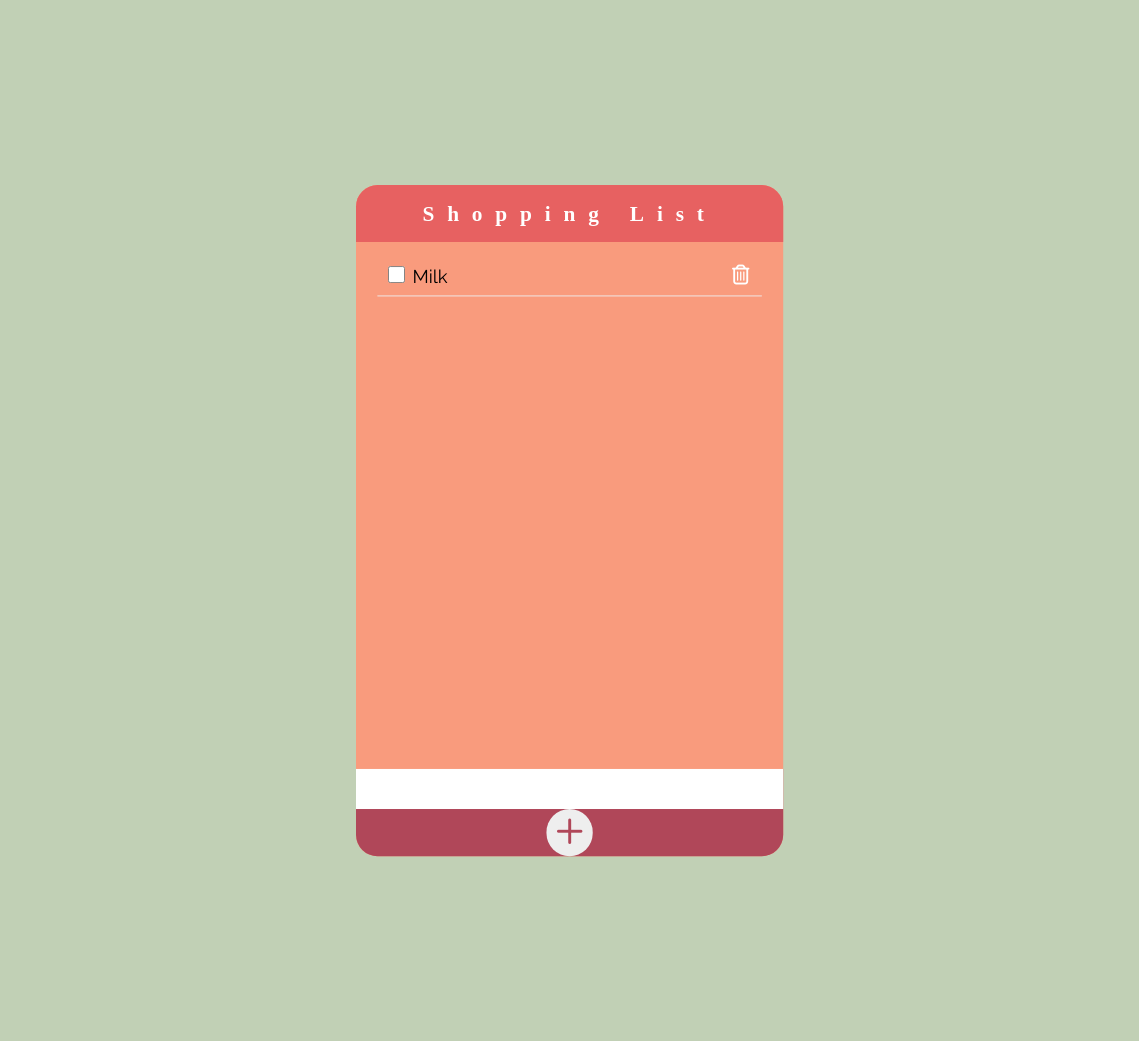
Repository: sephinejo/shopping-list-app
Page: index.html
The author's editor kept a copy of each file at every save. The page is drawn from the files as they stood at one save, then again after the next save.
The browser window is 1280 px wide. The pictures show the whole page, at 89% of full size.
Some web fonts or font styles are not loaded; a fallback is used. Some web libraries are served in a nearby version.

Above is the page before, as saved 2023-05-12 16:24:29.

After the next save:
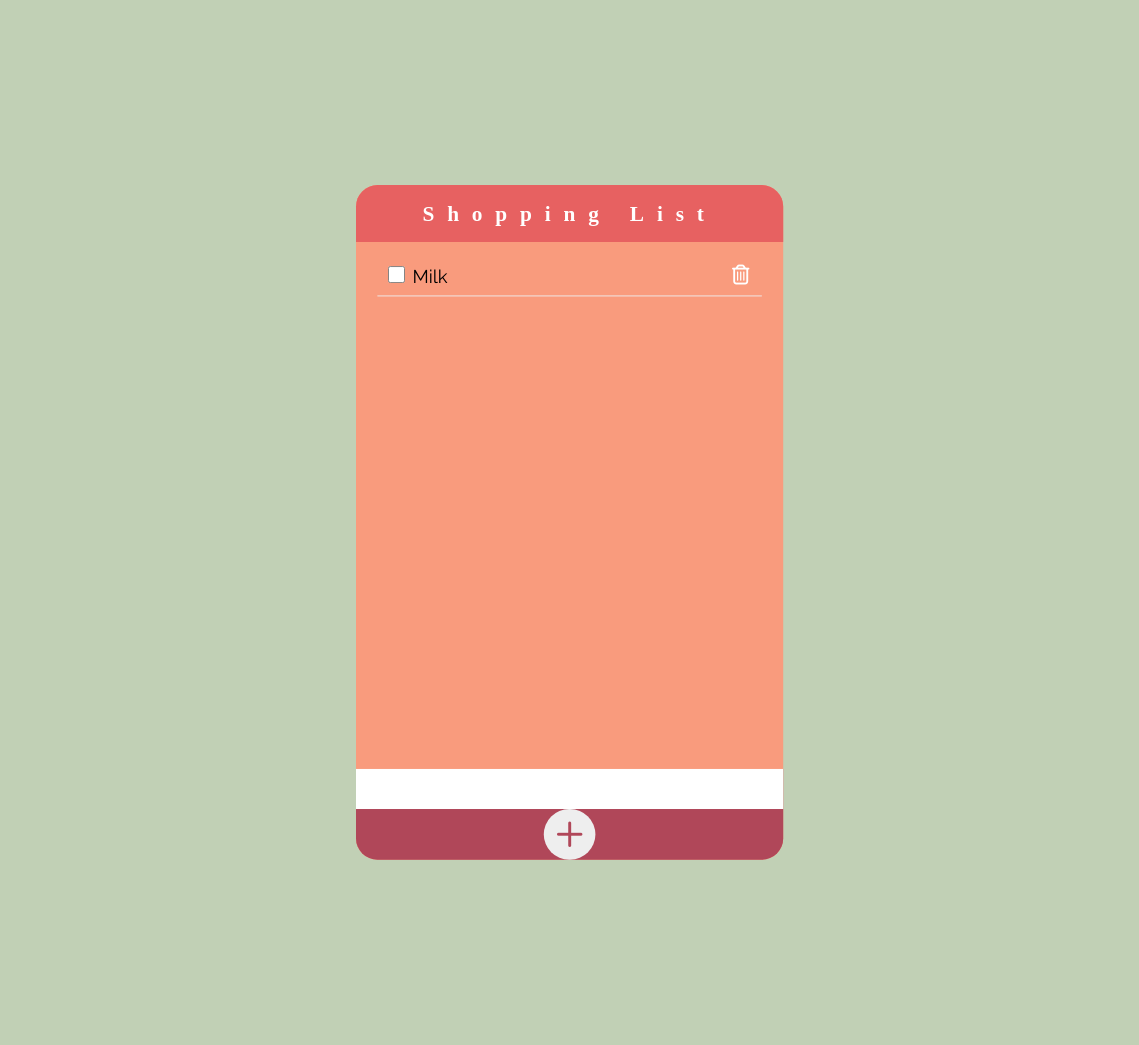
Saved 15 s later.
--- a/style.css
+++ b/style.css
@@ -91,8 +91,8 @@ footer {
 }
 
 .footer__add {
-  height: 3.3rem;
-  width: 3.3rem;
+  height: 3.6rem;
+  width: 3.6rem;
   background-color: #eee;
   border-radius: 100%;
   font-size: 2.2rem;
